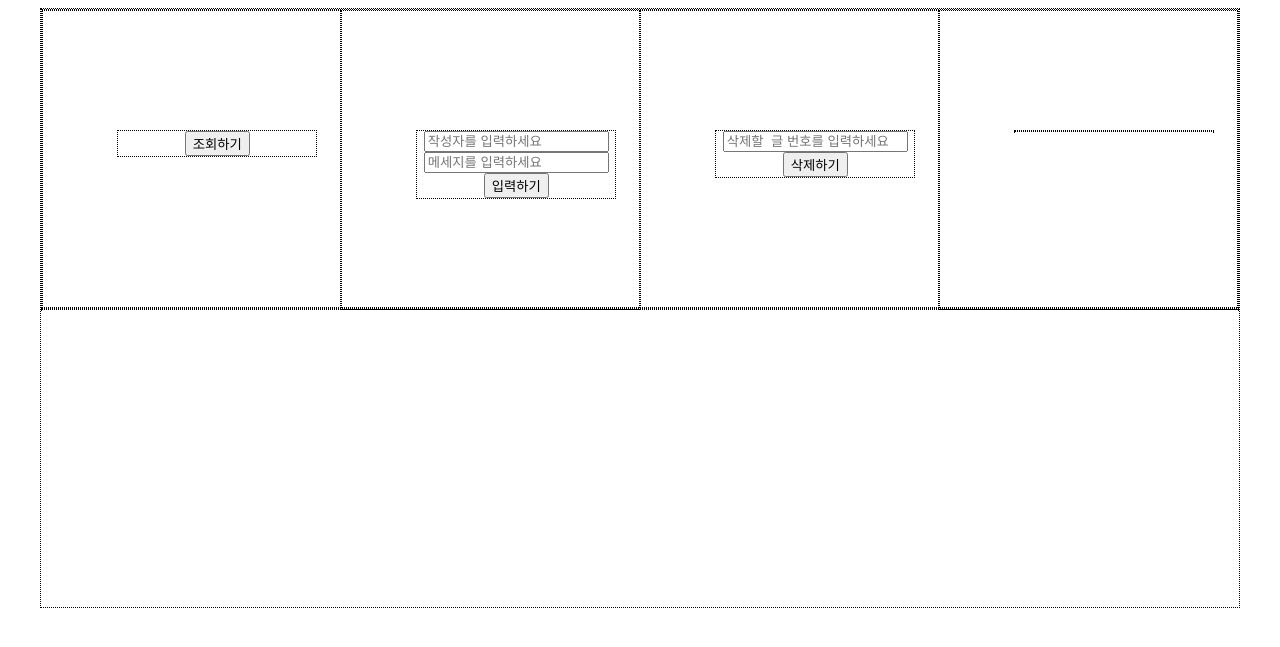
Repository: y2kim/workspace4
Page: MyBatisFramwork_07_12/WebContent/index.html
These files come from the project's save history. The page is drawn as it stood at one moment and after the next save; the edit follows.
The browser window is 1280 px wide. The pictures show the whole page.

Above is the page before, as saved 2018-07-12 05:47:40.

### MyBatisFramwork_07_12/WebContent/index.html
<!DOCTYPE html>
<html>
<head>
<meta charset="UTF-8">
<title>myBatis FrontEnd</title>
<script src="https://code.jquery.com/jquery-3.3.1.js"></script>
	<style>
		div{
			border: 1px dotted black;
			box-sizing: border-box;
		}

		#wrapper{
			width: 1200px;
			height: 600px;
			margin: 0px auto;
		}


		#line1{
			width:100%;
			height: 50%;
		}

		.exam{
			float:left;
			width: 25%;
			height: 300px;
		}
		.exam div{
			text-align: center;
			width:200px;
			margin-left: 25%;
			margin-top: 40%;

		}

	</style>
	<script>
		$(document).ready(function() {
			$("#selectAll").click(function(){
				$(location).attr("href","select.do");
			})
		})
	</script>

</head>
<body>
	<div id="wrapper">
		<div id="line1">
			<div id="exam01" class="exam">
				<div>
					<button id="selectAll">조회하기</button>
				</div>
			</div>
			<div id="exam02" class="exam">
			<form action="insert.do" method="post">
				<div>
					<input type="text" placeholder="작성자를 입력하세요" name="writer"><br>
					<input type="text" placeholder="메세지를 입력하세요" name="contents"><br>
					<button>입력하기</button>
				</div>
			</form>
			</div>
			<div id="exam03" class="exam">
				<form action="delete.do" method="post">
				<div>
					<input type="text" placeholder="삭제할  글 번호를 입력하세요" name="seq"><br>
					<button>삭제하기</button>
				</div>
				</form>
			</div>
			<div id="exam04" class="exam">
				<div>
				</div>
			</div>
		</div>
		<div id="line2">
		</div>
	</div>
</body>
</html>

After the next save:
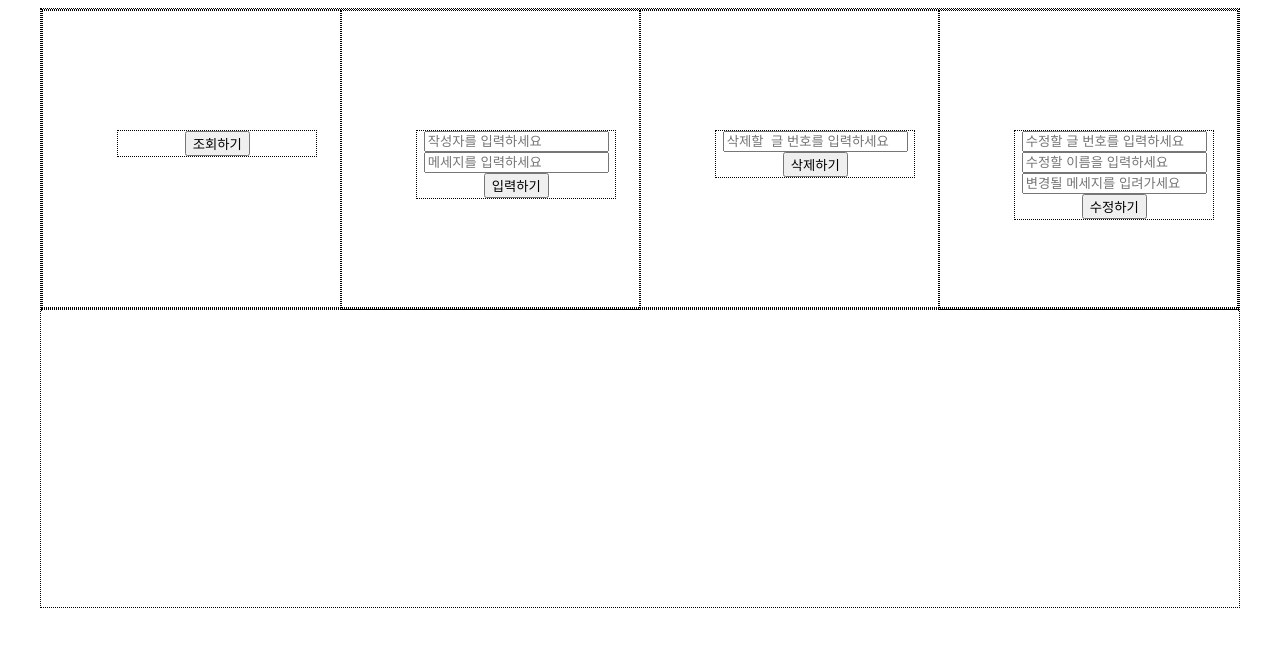
Saved 97 s later.
--- a/MyBatisFramwork_07_12/WebContent/index.html
+++ b/MyBatisFramwork_07_12/WebContent/index.html
@@ -71,8 +71,14 @@
 				</form>
 			</div>
 			<div id="exam04" class="exam">
+			<form action="update.do" method="post">
 				<div>
+					<input type="text" placeholder="수정할 글 번호를 입력하세요" name="seq"><br>
+					<input type="text" placeholder="수정할 이름을 입력하세요" name="writer"><br>
+					<input type="text" placeholder="변경될 메세지를 입려가세요" name="contents"><br>
+					<button>수정하기</button>
 				</div>
+			</form>
 			</div>
 		</div>
 		<div id="line2">
